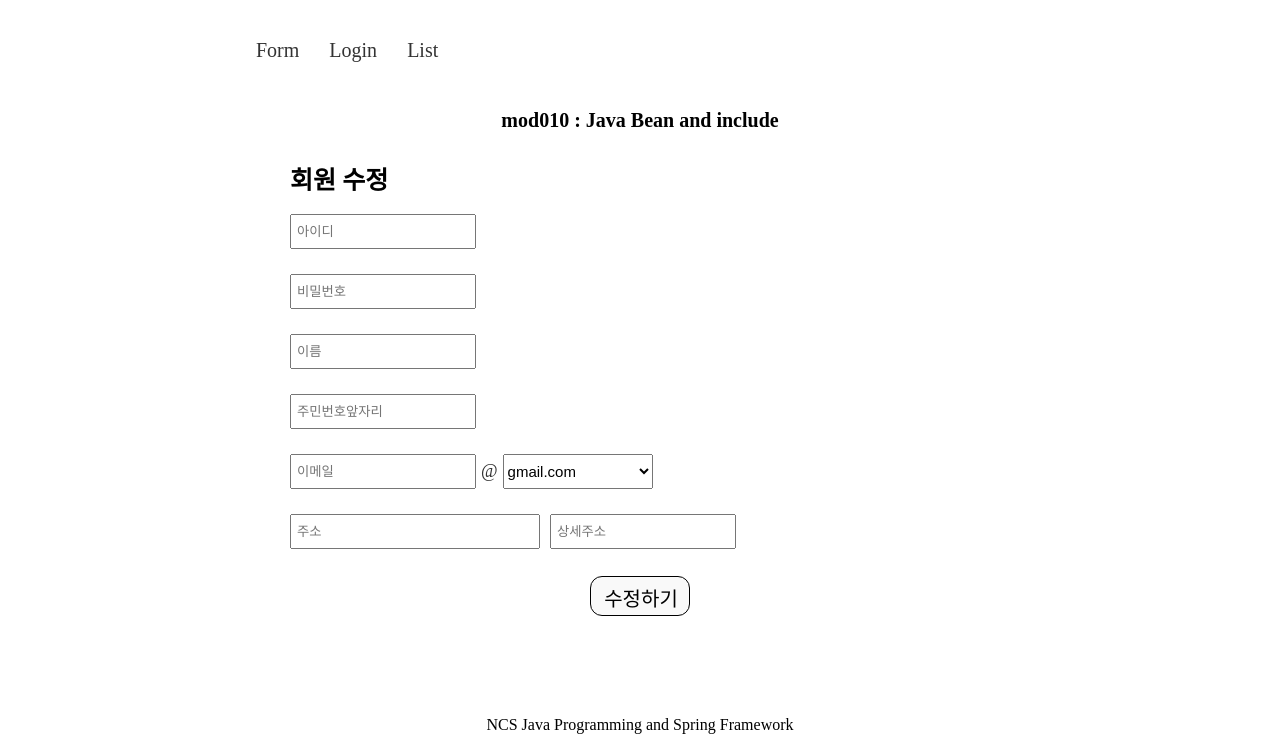
Repository: zeroj-0/eclipseProjects
Page: http://localhost/jv301/mod010/update.jsp
An editor plug-in stored every save of this project. The page is shown before and after the next save, followed by the edit.
The browser window is 1280 px wide. The pictures show the whole page.
The page is served by Tomcat 9. Other server files are loaded and not shown.

Above is the page before, as saved 2022-07-08 00:44:48.

### jv301/src/main/webapp/mod010/update.jsp
<%@ page language="java" contentType="text/html; charset=UTF-8" pageEncoding="UTF-8"%>
<%@ taglib prefix="c" uri="http://java.sun.com/jsp/jstl/core" %>
<!DOCTYPE html>
<html>
<head>
<meta charset="UTF-8">
<title>Insert title here</title>
	<link rel="stylesheet" href="./fixmethod.css">
  <link rel="stylesheet" href="./style.css">
  <style>
  	.btn {
  		width: 100px;
  	}
  	button.btn-inner {
  		width: 100px;
  	}
  </style>
</head>
<body>
<div id="wrapper">
		<div id="header">
			<%@ include file="/incl/menu.jsp" %>
			<jsp:include page="/incl/banner.jsp">
				<jsp:param name="subtitle" value="mod010 : Java Bean and include" />
			</jsp:include>
		</div>
		<div id="content-wrapper">
			<div class="container">
			    <h3>회원 수정</h3>
			      <div class="d">
			        <input type="text" name="userId" placeholder="아이디">
			      </div>
			      <div class="d">
			        <input type="password" name="password" placeholder="비밀번호">
			      </div>
			      <div class="d">
			        <input type="text" name="userName" placeholder="이름">
			      </div>
			      <div class="d">
			        <input type="text" name="ssn" placeholder="주민번호앞자리">
			      </div>
			      <div class="d">
			        <input type="text" name="email1" placeholder="이메일">
			        <span class="email">@</span>
			        <select class="" name="email2">
			          <option value="gmail.com">gmail.com</option>
			          <option value="naver.com">naver.com</option>
			          <option value="nate.com">nate.com</option>
			          <option value="daum.com">daum.net</option>
			        </select>
			      </div>
			      <div class="d">
			      	<input type="text" name="addr1" placeholder="주소" class="address1">
			      	<input type="text" name="addr2" placeholder="상세주소">
			      </div>
			      <div class="btn">
			        <button type="submit" class="btn-inner">수정하기</button>
			      </div>
			  </div>
		</div>
		<div id="footer">
			<%@ include file="/incl/footer.jsp" %>
		</div>
	</div>
</body>
</html>

### jv301/src/main/webapp/incl/menu.jsp
<%@ page language="java" contentType="text/html; charset=UTF-8"  pageEncoding="UTF-8"%>

<div class="gnb">
	<ul>
		<li><a href="add_user.jsp">Form</a></li>
		<li><a href="login">Login</a></li>
		<li><a href="user_list.do">List</a></li>
	</ul>
</div>

### jv301/src/main/webapp/incl/footer.jsp
<%@ page language="java" contentType="text/html; charset=UTF-8" pageEncoding="UTF-8"%>
<div id="copyright">
	NCS Java Programming and Spring Framework
</div>

### jv301/src/main/webapp/incl/banner.jsp
<%@ page language="java" contentType="text/html; charset=UTF-8"  pageEncoding="UTF-8"%>
<%@page import="java.net.URLDecoder"%>
<div id="banner">
	<%-- <h4><%= request.getParameter("subtitle") %></h4> --%>
	<h4><%=URLDecoder.decode(request.getParameter("subtitle"), "UTF-8")%></h4>
</div>

### jv301/src/main/webapp/mod010/fixmethod.css
@charset "UTF-8";
* { box-sizing: border-box; margin: 0; padding: 0;}
ul, li {list-style: none;}
a {text-decoration: none; color: #333;}

.gnb {
  width: 100%;
  height: 70px;
  float: left;
  padding-left: 20%;
}
ul li {
  float: left;
  height: 100%;
  margin-left: 30px;
}
ul li:first-child {
  margin-left: 0;
}

a {
  line-height: 70px;
  font-size: 20px;
}
a:hover {
  color: #000;
  font-weight: 600;
}
#header {
	height: 100px;
	width: 100%;
	text-align: center;
	font-size: 20px;
	line-height: 100px;
}
#footer {
	margin-top: 100px;
	text-align: center;
}

### jv301/src/main/webapp/mod010/style.css
@charset "UTF-8";
* { box-sizing: border-box; margin: 0; padding: 0;}
ul, li {list-style: none;}
a {text-decoration: none; color: #333;}

.container {
  padding-top: 60px;
  display: flex;
  flex-wrap: wrap;
  height: 100%;
  width: 700px;
  margin: 0 auto;
}
form {
  width: 100%;
}
h3 {
  font-size: 25px;
  width: 100%;
}
.d {
  height: 50px;
  width: 100%;
  display: flex;
  justify-content: left;
  align-items: center;
  margin-top: 10px;
}
.d > input {
  height: 35px;
  line-height: 35px;
  padding-left: 5px;

}
select {
  height: 35px;
  width: 150px;
  font-size: 15px;
}
span.email {
  margin: 0 5px;
}
.checkbox-layout {
  height: 100px;
}
.inner-box {
  margin: 0;
  display: block;
  width: 100%;
  height: 100%;
}
.inner-box h2 {
  width: 100%;
}
.box {
  display: inline-block;
  width: 18%;
  position: relative;
  overflow: hidden;
}
.box label {
  position: absolute;
  top: 14px;
  left: 20px;
}
.box input {
  height: 50px;
}
span {
  font-size: 18px;
  font-weight: 400;
  color: #333;
}
.btn {
  justify-content: center;
  width: 80px;
  height: 40px;
  margin: 0 auto;
  background: #f9f9f9;
  border-radius: 12px;
  border: 1px solid #000;
  margin-top: 20px;
}
button {
	border-style: none;
}
button.btn-inner {
  border-style: none;
  height: 40px;
  width: 75px;
  font-size:20px;
  background: none;
  cursor: pointer;
}
.address1 {
	width: 250px;
	margin-right: 10px;
}

.title {
	width: 100%;
	text-align: center;
	height: 80px;
	line-height: 80px;
}

After the next save:
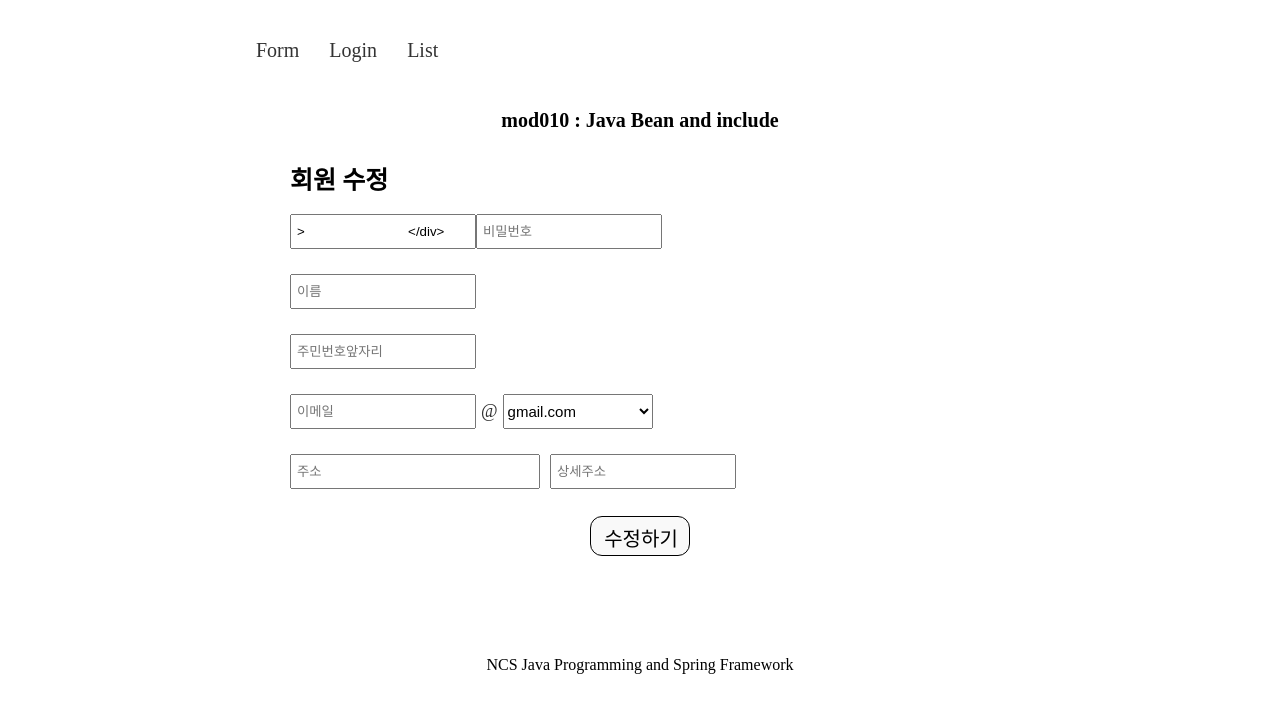
Saved 28 s later.
--- a/jv301/src/main/webapp/mod010/update.jsp
+++ b/jv301/src/main/webapp/mod010/update.jsp
@@ -28,7 +28,7 @@
 			<div class="container">
 			    <h3>회원 수정</h3>
 			      <div class="d">
-			        <input type="text" name="userId" placeholder="아이디">
+			        <input type="text" name="userId" placeholder="아이디" value="${findUser.getId() }>
 			      </div>
 			      <div class="d">
 			        <input type="password" name="password" placeholder="비밀번호">

After the save that followed:
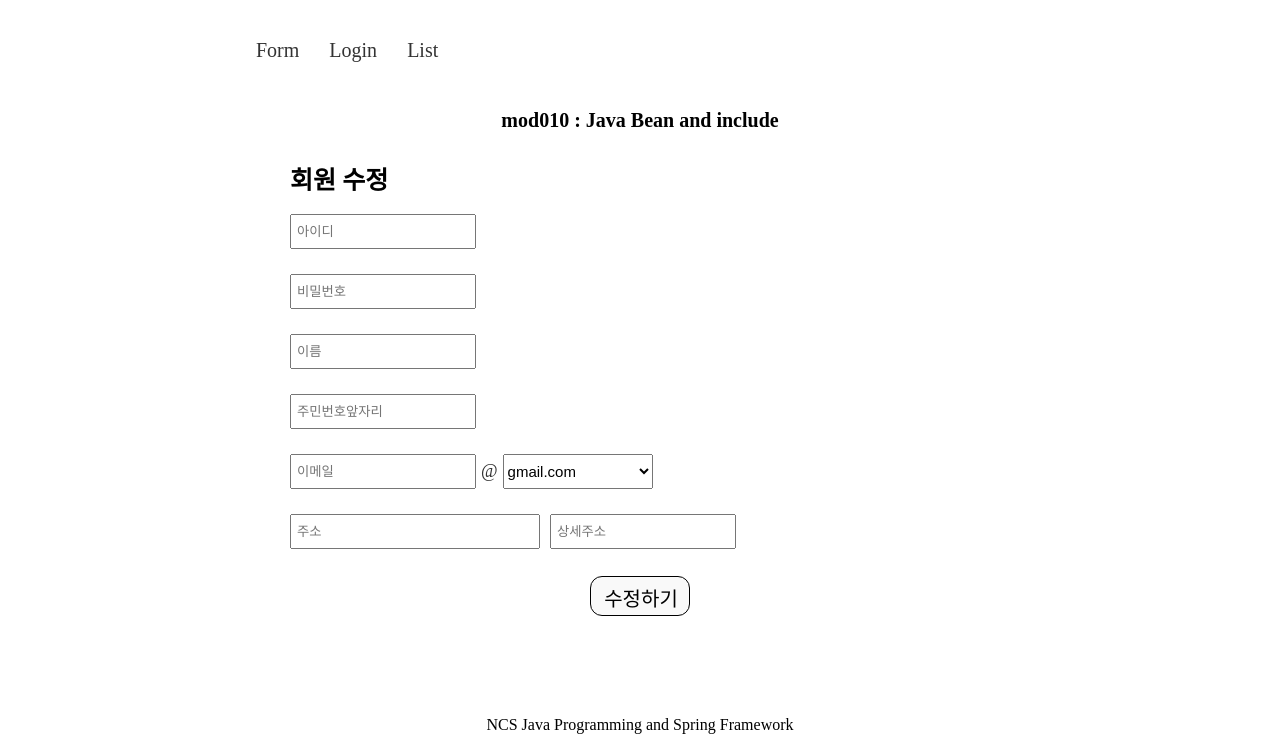
Saved 61 s later.
--- a/jv301/src/main/webapp/mod010/update.jsp
+++ b/jv301/src/main/webapp/mod010/update.jsp
@@ -28,7 +28,7 @@
 			<div class="container">
 			    <h3>회원 수정</h3>
 			      <div class="d">
-			        <input type="text" name="userId" placeholder="아이디" value="${findUser.getId() }>
+			        <input type="text" name="userId" placeholder="아이디">
 			      </div>
 			      <div class="d">
 			        <input type="password" name="password" placeholder="비밀번호">
